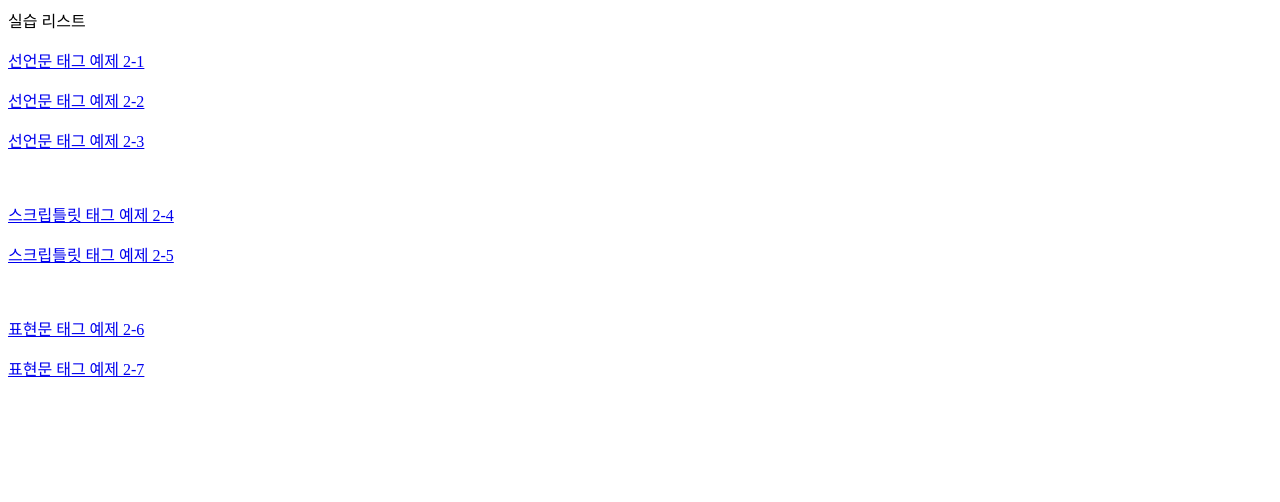
Repository: man332414/myJspStudy
Page: http://localhost/jspbook/
These files come from the project's save history. The page is drawn as it stood at one moment and after the next save; the edit follows.
The browser window is 1280 px wide. The pictures show the whole page.
The page is served by Tomcat 10. Nobody is signed in. The application's start-up code is not run. Other server files are loaded and not shown.

Above is the page before, as saved 2024-10-08 01:54:44.

### jspbook/src/main/webapp/index.jsp
<%@ page language="java" contentType="text/html; charset=UTF-8"
    pageEncoding="UTF-8"%>
<!DOCTYPE html>
<html>
<head>
<meta charset="UTF-8">
<title>어서와 집이야</title>
</head>
<body>
	실습 리스트
	<p><a href = "2_1"> 선언문 태그 예제 2-1</a></p>
	<p><a href = "2_2"> 선언문 태그 예제 2-2</a></p>
	<p><a href = "2_3"> 선언문 태그 예제 2-3</a></p>
	<br>
	<p><a href = "2_4"> 스크립틀릿 태그 예제 2-4</a></p>
	<p><a href = "2_5"> 스크립틀릿 태그 예제 2-5</a></p>
	<br>
	<p><a href = "2_6"> 표현문 태그 예제 2-6</a></p>
	<p><a href = "2_7"> 표현문 태그 예제 2-7</a></p>

</body>
</html>

After the next save:
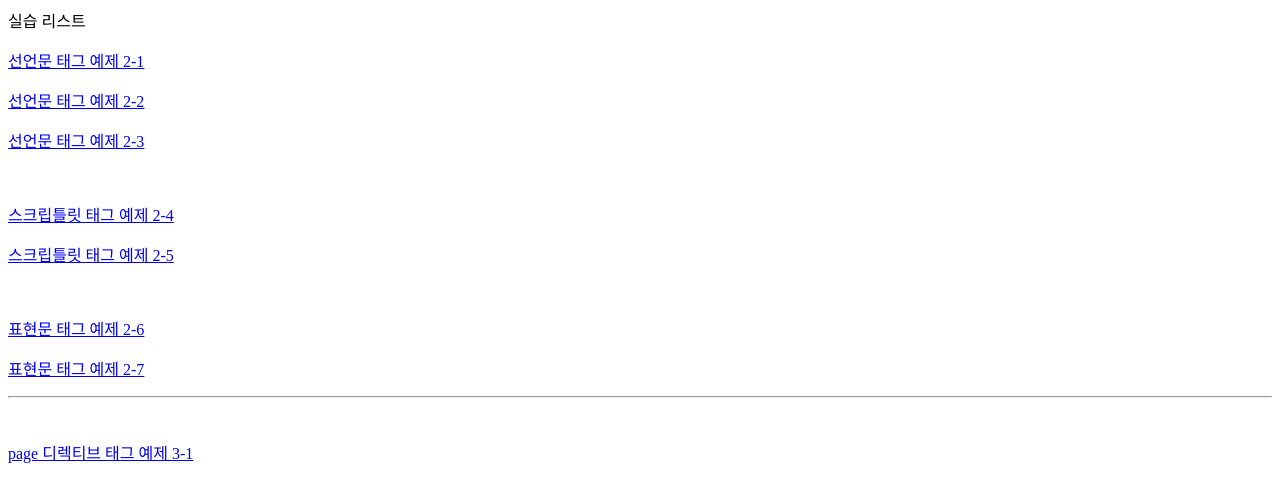
Saved 117 min 51 s later.
--- a/jspbook/src/main/webapp/index.jsp
+++ b/jspbook/src/main/webapp/index.jsp
@@ -17,6 +17,9 @@
 	<br>
 	<p><a href = "2_6"> 표현문 태그 예제 2-6</a></p>
 	<p><a href = "2_7"> 표현문 태그 예제 2-7</a></p>
+	<hr>
+	<br>
+	<p><a href = "3_1"> page 디렉티브 태그 예제 3-1</a></p>
 
 </body>
 </html>
